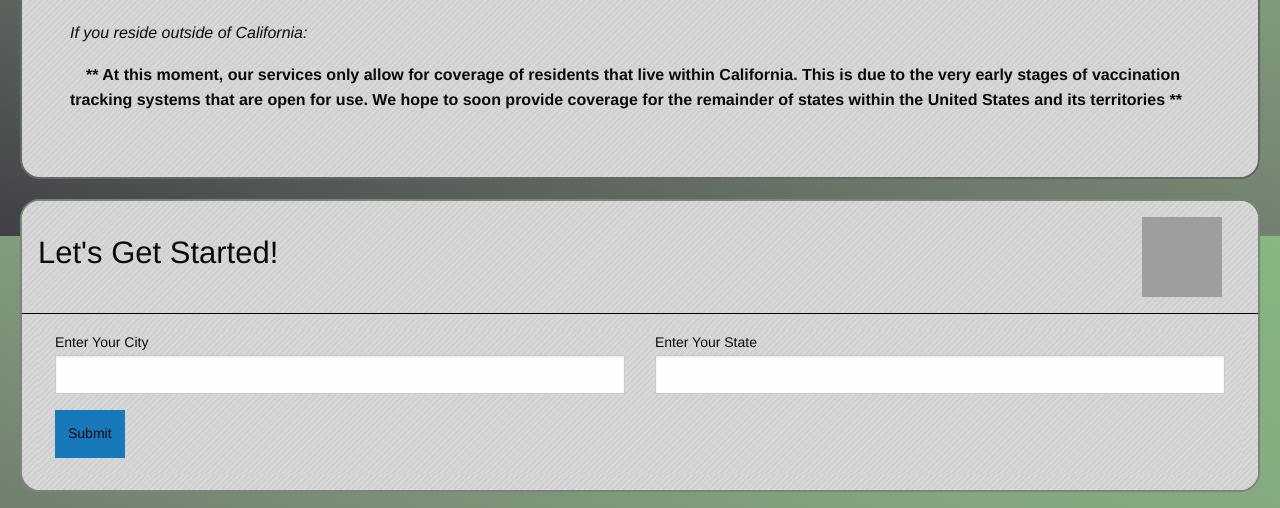
Repository: seddboi/Save-A-Shot
Page: index.html
The author's editor kept a copy of each file at every save. The page is drawn from the files as they stood at one save, then again after the next save.
The browser window is 1280 px wide. The pictures show the part of the page from y = 1204 to 1712 px (the page is 1712 px tall).
Pictures or frames that could not be fetched are drawn as grey boxes. A picture or video elsewhere on the page could not be fetched, so the positions and the page height are approximate. The page's requests for data from a server got no answer. Backgrounds fixed to the window are drawn as part of the page. Some web libraries are served in a nearby version.

Above is the page before, as saved 2021-03-19 22:22:18.

### index.html
<!DOCTYPE html>
<html lang="en">
  <head>
    <meta charset="UTF-8" />
    <meta name="viewport" content="width=device-width, initial-scale=1.0" />
    <meta http-equiv="X-UA-Compatible" content="ie=edge" />

    <link rel="stylesheet" href="https://pro.fontawesome.com/releases/v5.10.0/css/all.css"
    integrity="sha384-AYmEC3Yw5cVb3ZcuHtOA93w35dYTsvhLPVnYs9eStHfGJvOvKxVfELGroGkvsg+p"
    crossorigin="anonymous"
    />

    <link rel="stylesheet" href="https://cdn.jsdelivr.net/npm/foundation-sites@6.6.3/dist/css/foundation.min.css"
    integrity="sha256-ogmFxjqiTMnZhxCqVmcqTvjfe1Y/ec4WaRj/aQPvn+I="
    crossorigin="anonymous">

    <link rel="stylesheet" href="./assets/css/style.css" />
    <title>Save-A-Shot</title>
  </head>

  <body>
    <div class="top-bar">
      <div class="top-bar-left">
        <h5 class="menu-text"><strong>Save-A-Shot</strong></h5>
      </div>
      <div class="top-bar-right align-middle">
        <ul class="menu" id='menu'>
          <li><a  href="#mission">About</a></li>
          <li><a href=#services>Services</a></li>
          <li><a href="#start-form">Get Started</a></li>
        </ul>
      </div>
    </div>

    <div class="main-title">
      <div class="main-title-text">
          <h1>Welcome to <br /><strong>Save-A-Shot</strong></h1>
      </div>
    </div>


    <div id ='mission' class="callout grid-x primary clearfix ">
      <div class='grid-x grid-padding-x align-spaced align-middle'>
        <div class='cell small-6'>
          <h3>Our Mission</h3>
          <p>&emsp;As the pandemic continues to spread wildly around us, we have all had to face the stress and uncertainty of how our safety and health could result in the end. So with Save-A-Shot, we wanted to create a universal mapping program that could assist in keeping you safe from the Coronavirus 2019. With the vaccine still being relatively new, there is much uncertainty and confusion of how and where you could get the vaccine. Whether it be for yourself or your loved ones, Save-A-Shot was made out to create a universal guide to locating and scheduling vaccination appointments, at the simple click of a button.</p>
        </div>
        <img id='get-vaccinated-gif' src="https://media.giphy.com/media/FO8CZ01HoTCA5ahQQq/giphy.gif">
      </div>
    </div>

    <div id='services' class="callout large primary">
      <div id='top-section-services' class='grid-x align-justify align-middle'>
        <img id='multi-vax-gif' class='large-order-1 medium-order-1 small-order-2' src='https://media.giphy.com/media/eCYMDIvccUYqNjTXHr/giphy.gif'>
        <div class='cell small-6 large-order-2 medium-order-2 small-order-1 grid-y'>
          <h3>How We Can Help</h3>
          <p><em>If you reside within California:</em>
            <ul>
              <li>We provide information on how widespread the virus is in your area</li>
              <li>We present a localized map of nearby clinics/hospitals/pharmacies that provide COVID 19 vaccination services</li>
              <li>We also provide the ability to follow another link to schedule a vaccination appointment (where availability and accessibility allows)</li>
            </ul>
          </p>
        </div>
      </div>
      <p><em>If you reside outside of California:</em>
        <p>&emsp;<strong>** At this moment, our services only allow for coverage of residents that live within California. This is due to the very early stages of vaccination tracking systems that are open for use. We hope to soon provide coverage for the remainder of states within the United States and its territories **</strong></p>
      </p>
    </div>

    <div id='bottom-form' class="card grid-x" >
      <div id='card-divider'class="card-divider align-justify align-middle">
        <h3 id='start-form'>Let's Get Started!</h3>
        <img id='virus-gif' src="https://media.giphy.com/media/GWW6OQgQyJLHB0rkx3/giphy.gif">
      </div>
      <div class="card-section" id='card-section'>
        <form id='form'>
          <div class="grid-container">
            <div class="grid-x grid-padding-x">
              <div class="medium-6 cell">
                <label>Enter Your City
                  <input id ='city' type="text" >
                </label>
              </div>
              <div class="medium-6 cell">
                <label>Enter Your State
                  <input id='state' type="text" >
                </label>
              </div>
            </div>
            <button type='button' class='button small'>
              <a href='results.html'><label>Submit</label></a>
            </button>
          </div>

          <!-- or ...

          <div class='grid-container'>
            <div class='grid-x grid-padding-x'>
              <label>
                Enter Your Zip Code
                <input id='zipcode' class='cell medium-6' type="number" >
              </label>
            </div>
            <button href='results.html' type='button' class='button'>
              <a href='results.html'><label>Submit</label></a>
            </button>
          </div> -->
        </form>
      </div>
    </div>



    <script src="https://cdnjs.cloudflare.com/ajax/libs/jquery/3.2.1/jquery.min.js"></script>
    <script src='./assets/js/scheduler.js'></script>
  </body>

### assets/css/style.css
* {
    box-sizing: border-box;
}

body {
    background: linear-gradient(380deg, #404046, #6f7a6c, #84a480, #86b880) fixed 100%;
}

.top-bar {
    background-image: radial-gradient(circle at center center, rgb(228, 228, 228),rgb(35,35,35));
    border: 2px outset rgb(128, 128, 128);
    color: #ffffff;
    border-radius: 10px;;
    margin: 5px;
}

#menu {
    background-color: transparent;
}

.top-bar ul li a {
    text-decoration: none;
    color: #ffffff;
}

.main-title {
    background: url("https://cdn.the-scientist.com/assets/articleNo/68059/hImg/40017/istock-1215208129-banner-l.png") 50% no-repeat;
    background-size: cover;
    height: 50vh;
    border-radius: 10px;
    margin-left: 20px;
    margin-right: 20px;
    margin-top: 20px;
    text-align: center;
    display: -webkit-flex;
    display: -ms-flexbox;
    display: flex;
    -webkit-align-items: center;
        -ms-flex-align: center;
            align-items: center;
    -webkit-justify-content: center;
        -ms-flex-pack: center;
            justify-content: center;
}

#bottom-form {
    background-image: repeating-linear-gradient(315deg, rgba(134,134,134, 0.1) 0px, rgba(134,134,134, 0.1) 2px,transparent 2px, transparent 4px),linear-gradient(270deg, rgb(216,216,216),rgb(216,216,216));    border: 1px solid#666;
    margin-left: 20px;
    margin-right: 20px;
    margin-top: 20px;
    border: 2px solid #7a8677;
    border-radius: 20px;
}

#card-divider {
    border-bottom: 1px solid #000000;
    background-image: repeating-linear-gradient(315deg, rgba(134,134,134, 0.1) 0px, rgba(134,134,134, 0.1) 2px,transparent 2px, transparent 4px),linear-gradient(270deg, rgb(216,216,216),rgb(216,216,216));
}

.main-title-text {
    color: #fefefe;
    text-shadow: 3px 3px 7px #0a0a0a;
}

#mission {
    margin-left: 20px;
    margin-right: 20px;
    margin-top: 20px;
    border: 2px solid #666;
    border-radius: 20px;
    background-image: repeating-linear-gradient(315deg, rgba(134,134,134, 0.1) 0px, rgba(134,134,134, 0.1) 2px,transparent 2px, transparent 4px),linear-gradient(270deg, rgb(216,216,216),rgb(216,216,216));
}

#get-vaccinated-gif {
    width: 300px;
    height: auto;
    border: 1px solid#666;
    border-radius: 7px;
}

#services {
    margin-left: 20px;
    margin-right: 20px;
    margin-top: 20px;
    border: 2px solid #666;
    border-radius: 20px;
    background-image: repeating-linear-gradient(315deg, rgba(134,134,134, 0.1) 0px, rgba(134,134,134, 0.1) 2px,transparent 2px, transparent 4px),linear-gradient(270deg, rgb(216,216,216),rgb(216,216,216));
}

#top-section-services {
    margin-bottom: 40px;
}

#multi-vax-gif {
    width: 40%;
    height: 40%;
    border: 1px solid#666;
    border-radius: 7px;
}

#card-section {
    background-image: repeating-linear-gradient(315deg, rgba(134,134,134, 0.1) 0px, rgba(134,134,134, 0.1) 2px,transparent 2px, transparent 4px),linear-gradient(270deg, rgb(216,216,216),rgb(216,216,216));
}

#form {
    background-image: repeating-linear-gradient(315deg, rgba(134,134,134, 0.1) 0px, rgba(134,134,134, 0.1) 2px,transparent 2px, transparent 4px),linear-gradient(270deg, rgb(216,216,216),rgb(216,216,216));
}

#virus-gif {
    width: 80px;
    height: 80px;
    margin-right: 20px;
}

### assets/js/scheduler.js
// This is our Javascript:

var website = "https://api.vaccinateca.com/v1/locations.json"
var zip = 92101;

var dataSet = function(url){
    fetch(url).then(function(response){
        if(response.ok){
            response.json().then(data => {
                console.log(data)
                var count = 0;

                for(var i = 0; i < data.content.length; i++){
                    count++;
                    var address = data.content[i].Address;

                    if("Availability Info" in data.content[i]){
                        var available = data.content[i]["Availability Info"][0];
                        if(available.includes("Yes")){
                            getLocations(zip, address);
                        }
                    }
                    else{
                        continue;
                    }
                }
            })
        }
        else{
            console.log("error: " + response.statusText)
        }
    })
}

function getLocations(zipCode, address){
    try{
        if(address.includes(zipCode)){//might need a function next here.
            console.log(address)
        }
    }catch{
        // need to add something since it returns undefined and might cause a problem later.
        console.log("Error")
    }
}

dataSet(website);

// Starting from here the maps api section is here.
// keep this for now this is using google maps and for the map on the website
// maybe use open street map instead

// var script = document.createElement("script");
// var mapArea = document.createElement("div");
// var key = "AIzaSyAA56LyLz0Je0lF6xwbl9DLhzuI_QOurJM"
// var mapsite = "https://maps.googleapis.com/maps/api/js?key=" + key + "&callback=initMap&libraries=&v=weekly"

// mapArea.id = "map";
// mapArea.style.height = "100%";
// script.src = mapsite;

// document.body.insertBefore(mapArea, document.body.firstChild)
// document.body.appendChild(script);

// let map;

// function initMap() {
//   map = new maps.Map(mapArea, {
//     center: { lat: -34.397, lng: 150.644 },
//     zoom: 8,
//   });
// }

// initMap();

After the next save:
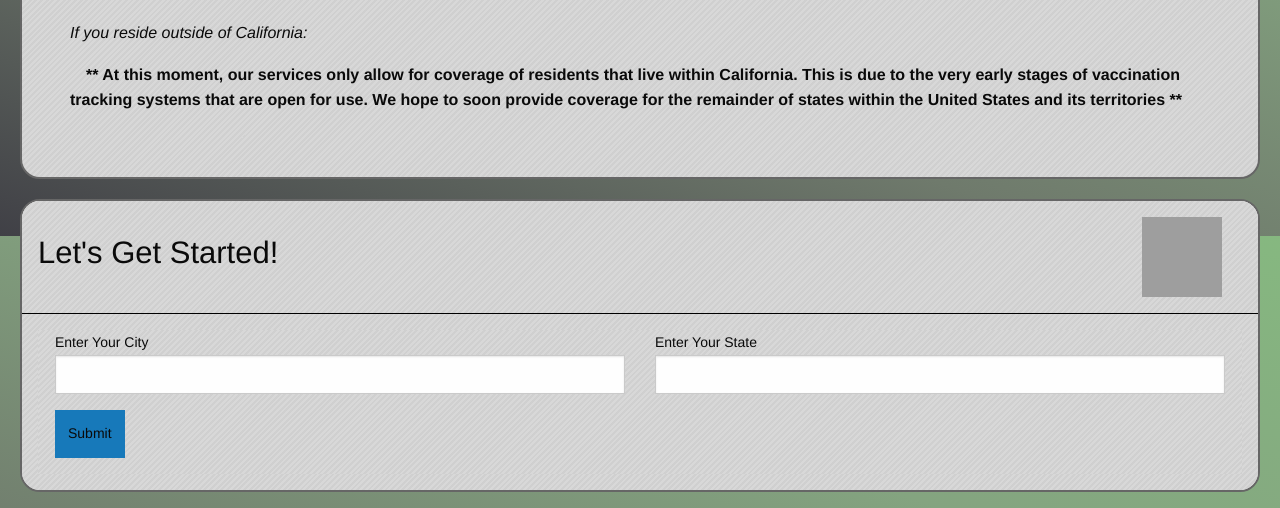
Saved 6 s later.
--- a/assets/css/style.css
+++ b/assets/css/style.css
@@ -48,7 +48,7 @@ body {
     margin-left: 20px;
     margin-right: 20px;
     margin-top: 20px;
-    border: 2px solid #7a8677;
+    border: 2px solid #666;
     border-radius: 20px;
 }
 
